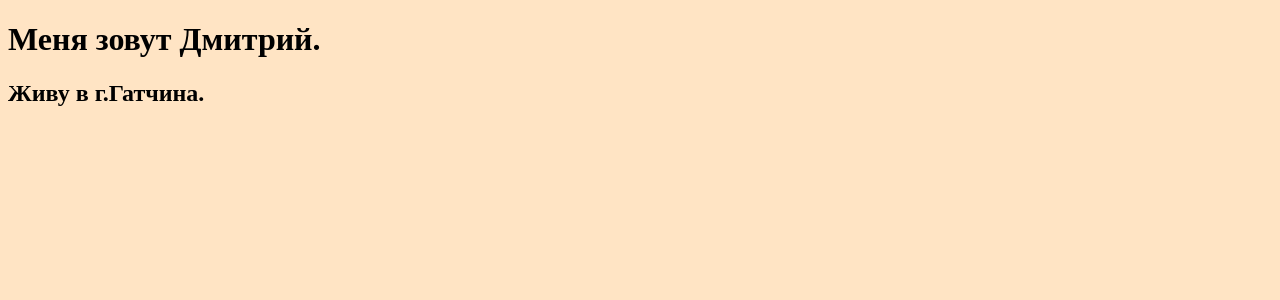
Repository: KoltsovDmitriy/Portfolio
Page: index.html
These files come from the project's save history. The page is drawn as it stood at one moment and after the next save; the edit follows.
The browser window is 1280 px wide. The pictures show the whole page.

Above is the page before, as saved 2023-03-10 10:24:12.

### index.html
<!DOCTYPE html>
<html lang="en">
<head>
    <meta charset="UTF-8">
    <meta http-equiv="X-UA-Compatible" content="IE=edge">
    <meta name="viewport" content="width=device-width, initial-scale=1.0">
    <title>Frontend</title>
    <link rel="stylesheet" href="./style.css">
</head>
<body>
    <h1 class="title">Меня зовут Дмитрий.</h1>
    <h2 class="text">Живу в г.Гатчина.</h2>
</body>
</html>

### style.css
body{
    font-style: normal;
    font-size: 16px;
    font-weight: normal;
    background-color: bisque;
}

.intro_title{
    color: brown;
    text-align: center;
}

After the next save:
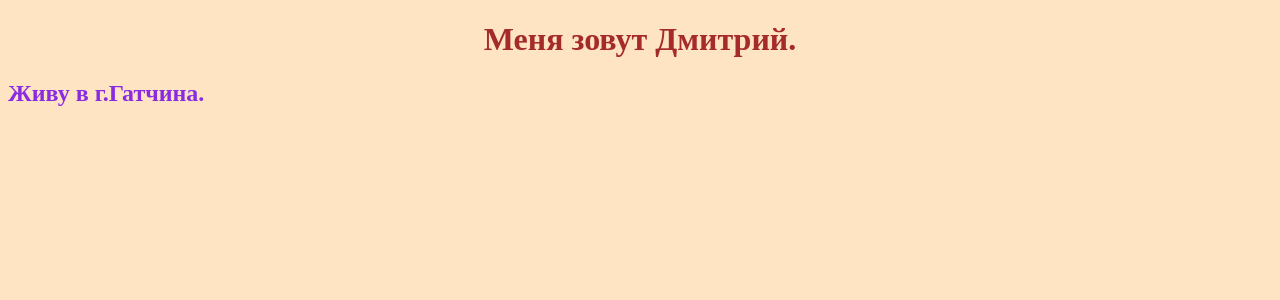
Saved 20 s later.
--- a/style.css
+++ b/style.css
@@ -5,7 +5,10 @@
     background-color: bisque;
 }
 
-.intro_title{
+.title{
     color: brown;
     text-align: center;
 }
+.text{
+    color: blueviolet;
+}
